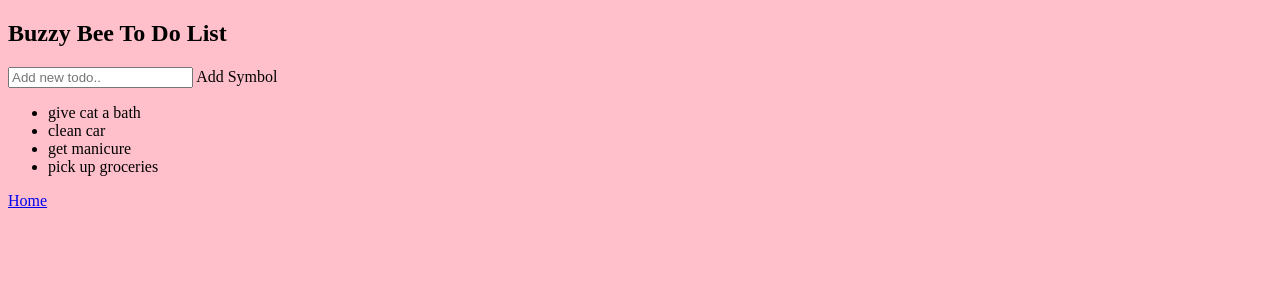
Repository: seleniadelgado/backend-spring2020-angie
Page: projects/todo/public_html/index.html
An editor plug-in stored every save of this project. The page is shown before and after the next save, followed by the edit.
The browser window is 1280 px wide. The pictures show the whole page.

Above is the page before, as saved 2020-05-11 17:54:25.
Console error: ReferenceError: d is not defined

After the next save:
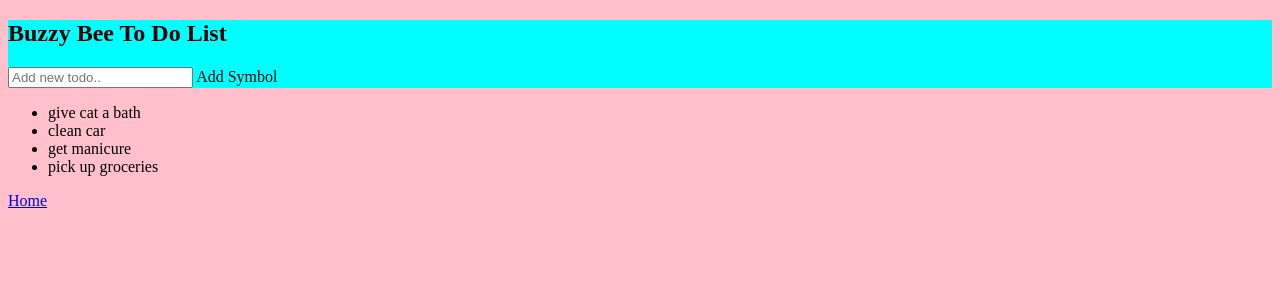
Saved 16 s later.
--- a/projects/todo/public_html/index.html
+++ b/projects/todo/public_html/index.html
@@ -14,7 +14,7 @@
         </script>
 </head>
 <body>
-    <div class="section-title">
+    <div class="sectionTitle">
         <h2>Buzzy Bee To Do List</h2>
         <div id="addNote">
             <input type="text" id="newNote" placeholder="Add new todo..">
